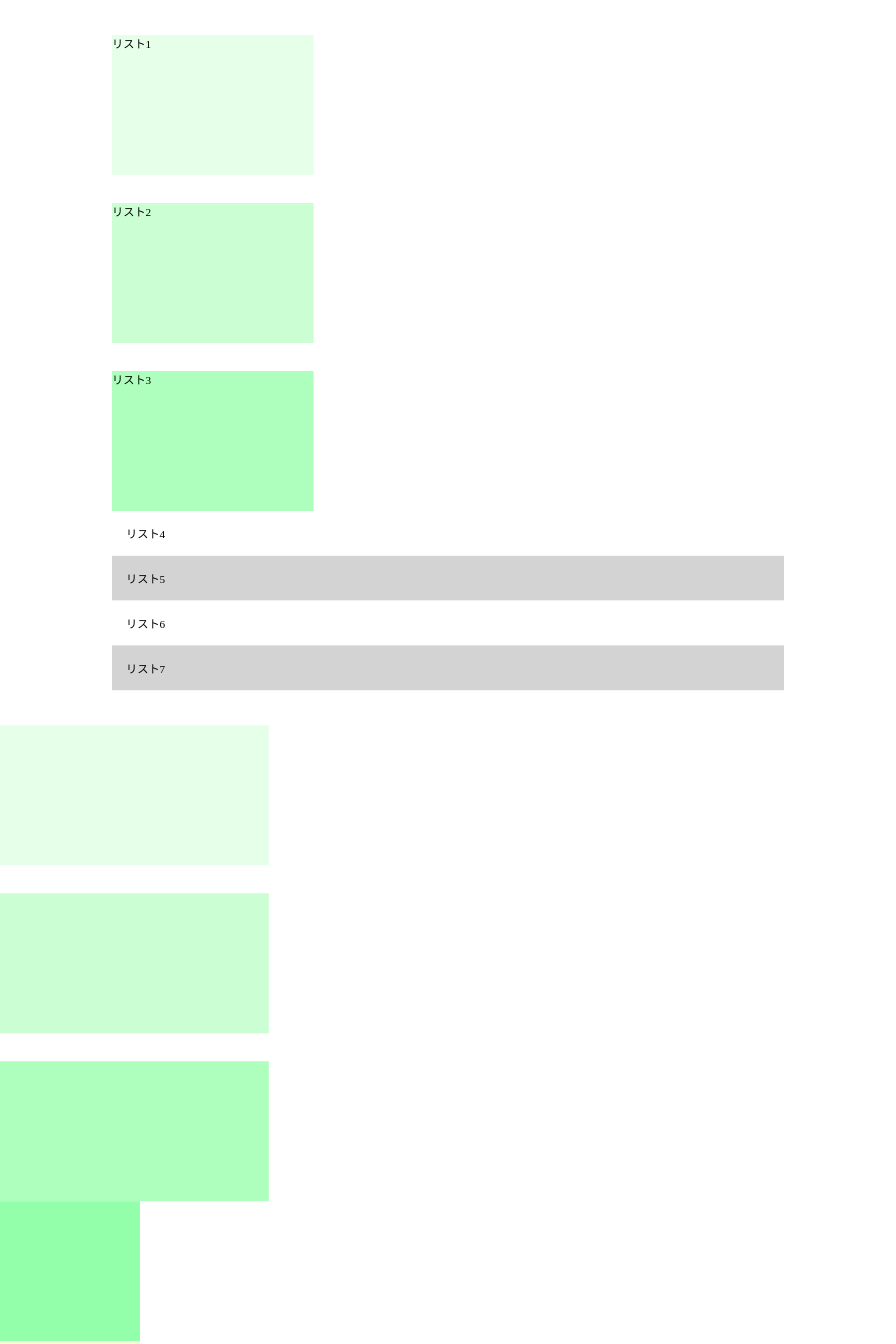
Repository: Raychel-310/chapter10
Page: chapter8_exercise/chapter8_exercise.html
The author's editor kept a record of every edit. The page is drawn from the files as they stood at one moment, then again after the next edit.
The browser window is 1280 px wide. The pictures show the part of the page from y = 0 to 1920 px (the page is 2916 px tall before and 2780 px after), at 70% of full size.

Above is the page before.

After the next edit:
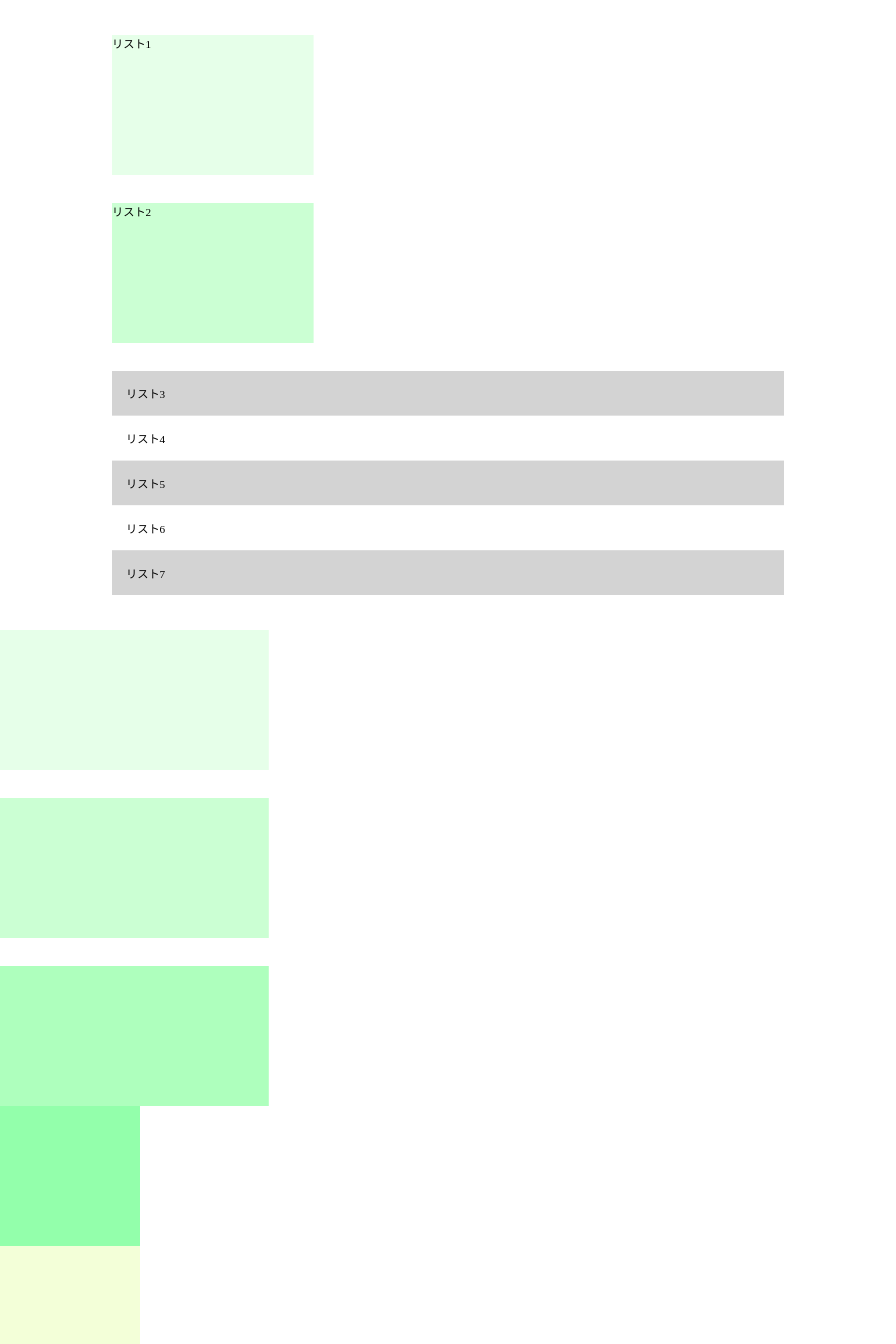
The edit:
--- a/chapter8_exercise/chapter8_exercise.html
+++ b/chapter8_exercise/chapter8_exercise.html
@@ -19,7 +19,7 @@
         リスト2
       </p>
     </div>
-    <div class="box3">
+    <div class="list3">
       <p>
         リスト3
       </p>
